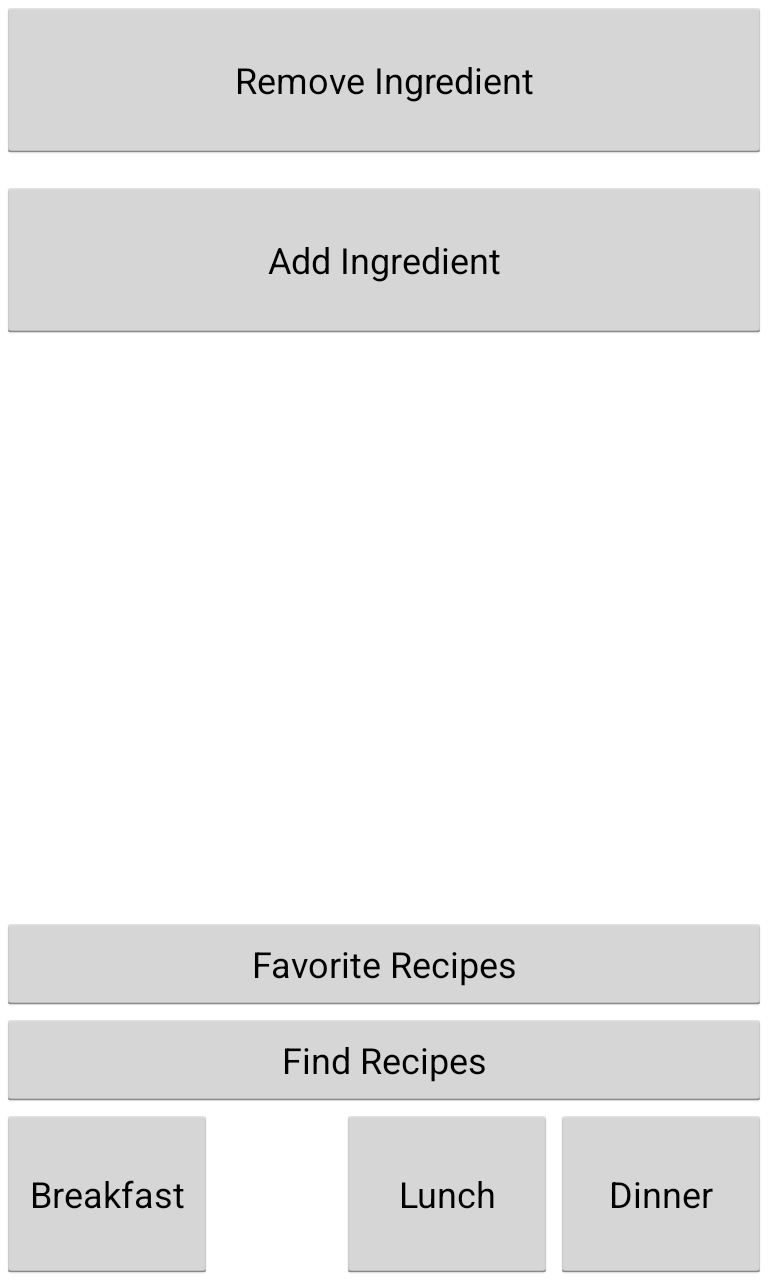
Repository: jmwood22/Boyardroid
Layout: Boyardroid/res/layout/activity_fridge.xml
These files come from the project's save history. The layout is drawn as it stood at one moment and after the next save; the edit follows.
It is drawn on a 768 x 1280 px phone screen (xhdpi) without system bars, with theme AppTheme; the app's code is not run.

Above is the layout before, as saved 2013-02-20 11:00:22.

After the next save:
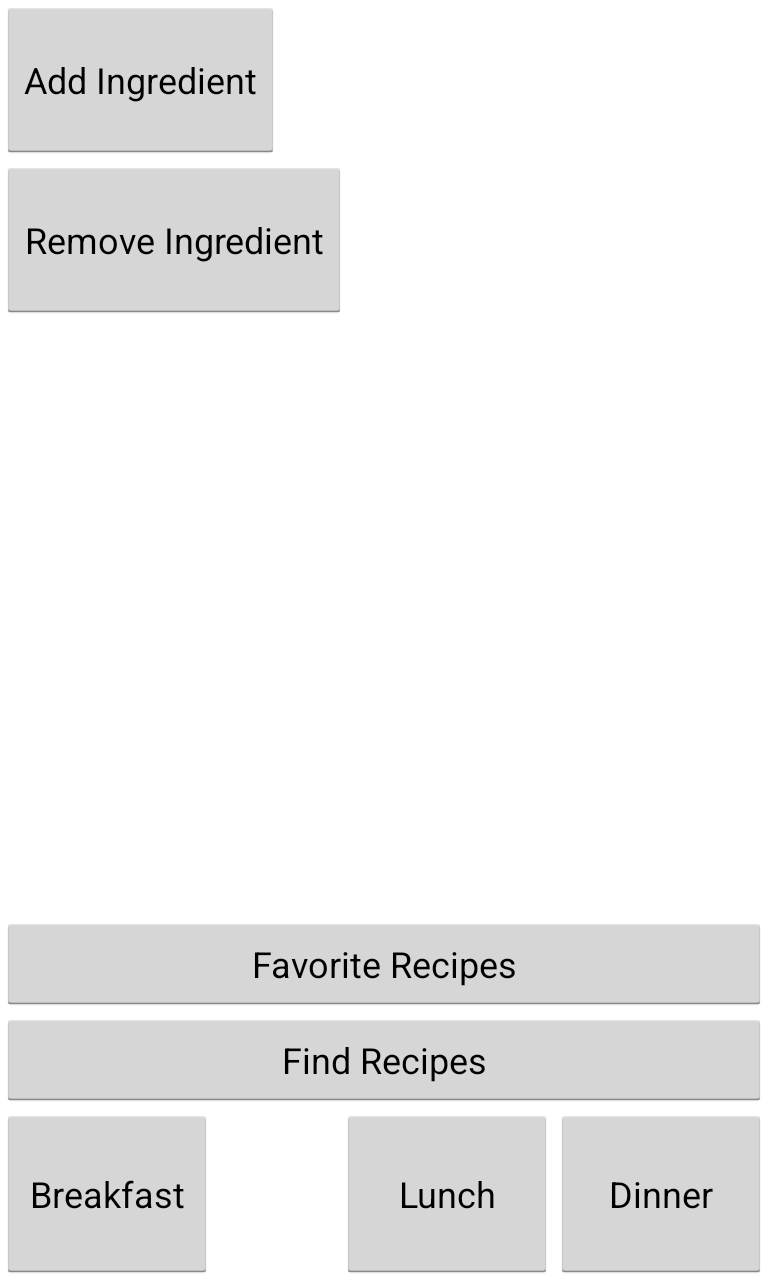
Saved 75 s later.
--- a/Boyardroid/res/layout/activity_fridge.xml
+++ b/Boyardroid/res/layout/activity_fridge.xml
@@ -52,23 +52,21 @@
         android:text="@string/favoriteRecipe_button" />
 
     <Button
-        android:id="@+id/button2"
-        android:layout_width="fill_parent"
+        android:id="@+id/button1"
+        android:layout_width="wrap_content"
         android:layout_height="80dp"
         android:layout_alignParentLeft="true"
+        android:layout_alignParentTop="true"
+        android:onClick="addIngre"
+        android:text="@string/addIngredient_button" />
+
+    <Button
+        android:id="@+id/button2"
+        android:layout_width="wrap_content"
+        android:layout_height="80dp"
+        android:layout_alignParentLeft="true"
+        android:layout_below="@+id/button1"
         android:onClick="removIngre"
         android:text="@string/removeIngredient_button" />
 
-    <Button
-        android:id="@+id/button1"
-        android:layout_width="fill_parent"
-        android:layout_height="80dp"
-        android:layout_alignParentLeft="true"
-        android:layout_alignParentTop="true"
-        android:layout_marginTop="90dp"
-        android:onClick="addIngre"
-        android:text="@string/addIngredient_button" />
-
-
-
 </RelativeLayout>
